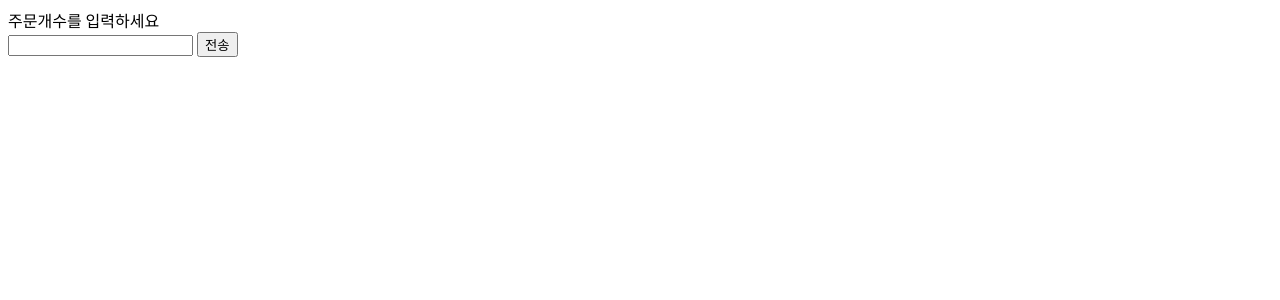
Repository: bitcamp-pool/newlecwork
Page: JSPprj/src/main/webapp/input.html
An editor plug-in stored every save of this project. The page is shown before and after the next save, followed by the edit.
The browser window is 1280 px wide. The pictures show the whole page.

Above is the page before, as saved 2022-04-17 07:35:56.

### JSPprj/src/main/webapp/input.html
<!DOCTYPE html>
<html>
<head>
<meta charset="UTF-8">
<title>Get요청</title>
</head>
<body>
	<div>
	<!-- 서블릿 매핑 주소(actiotn): 전송버튼을 누르면 order서블릿으로 요청
		 http://localhost:8080/order
		 name속성(키)값이 있으면
		 http://localhost:8080/order?cnt=3(입력값)
		 으로 전달
	-->
		<form action="order">
			<div>
				<label>주문개수를 입력하세요</label>
			</div>
			<div>
				<input type="text" name="cnt"/>
				<input type="submit" value="전송"/>
			</div>
		</form>
	</div>
</body>
</html>

After the next save:
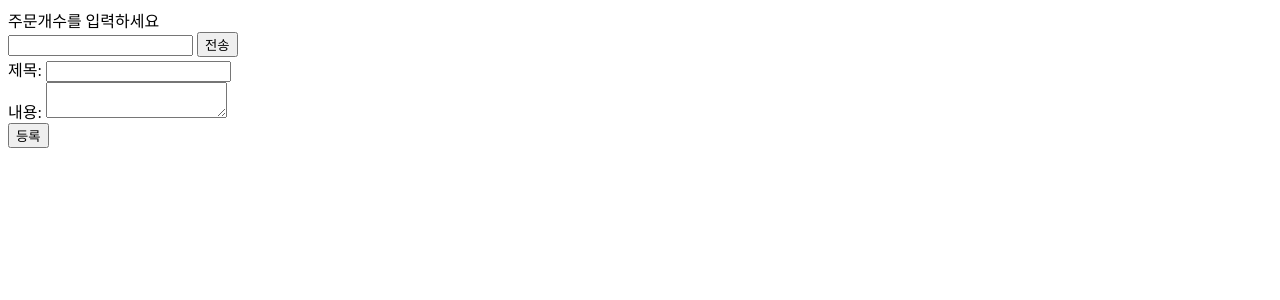
Saved 11 min 56 s later.
--- a/JSPprj/src/main/webapp/input.html
+++ b/JSPprj/src/main/webapp/input.html
@@ -22,5 +22,24 @@
 			</div>
 		</form>
 	</div>
+
+	<div>
+	<!-- 서블릿 매핑 주소(actiotn): 전송버튼을 누르면 notice-reg서블릿으로 요청
+		 http://localhost:8080/notice-reg
+	-->
+		<form action="notice-reg">
+			<div>
+				<label>제목:</label>
+				<input name="title" type="text">
+			</div>
+			<div>
+				<label>내용:</label>
+				<textarea name="content" rows="" cols=""></textarea>
+			</div>
+			<div>
+				<input type="submit" value="등록"/>
+			</div>
+		</form>
+	</div>
 </body>
 </html>
